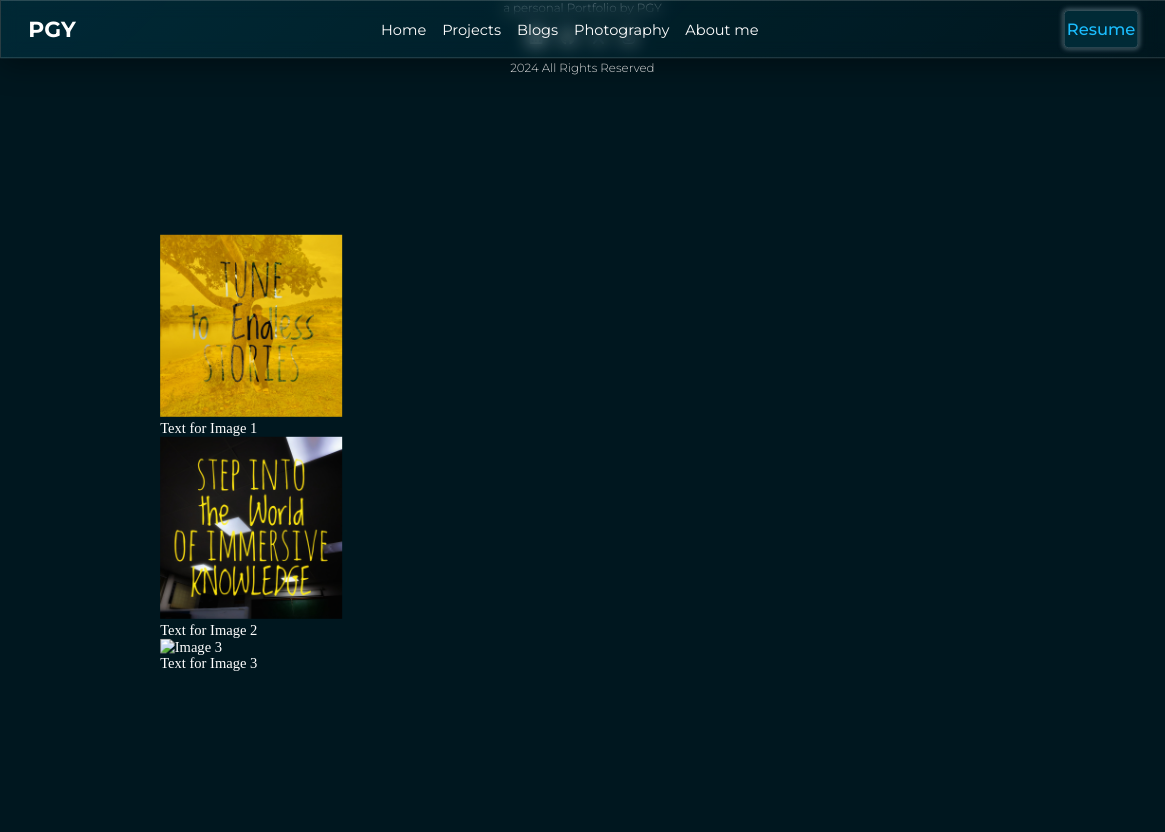
Repository: pgyunknown/pgyunknown
Page: photography.html
The author's editor kept a copy of each file at every save. The page is drawn from the files as they stood at one save, then again after the next save.
The browser window is 1280 px wide. The pictures show the whole page, at 91% of full size.
Some web libraries are served in a nearby version.

Above is the page before, as saved 2024-08-22 10:53:57.

### photography.html
<!DOCTYPE html>
<html lang="en">
<head>
    <meta charset="UTF-8">
    <meta name="viewport" content="width=device-width, initial-scale=1.0">
    <title>Personal portfolio</title>
    <link rel="stylesheet" href="photography.css">
    <link rel="preconnect" href="https://fonts.googleapis.com">
<link rel="preconnect" href="https://fonts.gstatic.com" crossorigin>
<link href="https://fonts.googleapis.com/css2?family=Libre+Baskerville:ital,wght@0,400;0,700;1,400&family=Montserrat:ital,wght@0,100..900;1,100..900&family=Titillium+Web:ital,wght@0,200;0,300;0,400;0,600;0,700;0,900;1,200;1,300;1,400;1,600;1,700&display=swap" rel="stylesheet">
<link rel="stylesheet" href="https://cdnjs.cloudflare.com/ajax/libs/font-awesome/6.6.0/css/all.min.css" integrity="sha512-Kc323vGBEqzTmouAECnVceyQqyqdsSiqLQISBL29aUW4U/M7pSPA/gEUZQqv1cwx4OnYxTxve5UMg5GT6L4JJg==" crossorigin="anonymous" referrerpolicy="no-referrer" />
</head>
<body>

    <header>
        <div class="pgy_con">
                <div class="pgy"><a href="#">PGY</a></div>
        </div>
        <nav>
                <div class="nav_bar">
                <a href="#" id="home">Home</a>
                <a href="#"id="projects">Projects</a>
                <a href="blog.html"id="blogs">Blogs</a>
                <a href="#"id="photo">Photography</a>
                <a href="#"id="About">About me</a>
                </div>
            </nav>
        <div class="resume_con">
                <button onclick="alert('Resume yet to be uploaded')">Resume</button>
        </div>
    </header>
<footer>
        <div class="footer_port">a personal Portfolio by PGY</div>
        <div class="footer_icons">
            <a href="https://www.linkedin.com/in/p-gokul-yadav-82548a295?utm_source=share&utm_campaign=share_via&utm_content=profile&utm_medium=android_app" alt="Gokul's linkedin profile" target="_blank"><i class="fa-brands fa-linkedin"></i></a>
            <a href="https://github.com/pgyunknown" alt="Gokul Github profile" target="_blank" alt="Gokul's Github profile" ><i class="fa-brands fa-github"></i></a>
            <a href=" https://x.com/cody_hunk?t=EkARfGCWhhBT_BHbby4DGw&s=08 " target="_blank" alt="Gokul's X profile" ><i class="fa-brands fa-x" ></i></a>
            <a href="#" target="_blank" alt="Gokul's fa-instagram profile" ><i class="fa-brands fa-instagram" ></i></a>
        </div>
        <div class="copyrights">2024 All Rights Reserved</div>
    </footer>

<main>
      <div class="Box">
        <div class="container">
            <img src="imgs/personal.jpg" alt="Image 1">
            <div class="overlay">Text for Image 1</div>
        </div>
        <div class="container">
            <img src="imgs/professional.jpg" alt="Image 2">
            <div class="overlay">Text for Image 2</div>
        </div>
        <div class="container">
            <img src="" alt="Image 3">
            <div class="overlay">Text for Image 3</div>
        </div>
    </div>

</div>
</main>

</body>
</html>

### photography.css
*{margin: 0px;
    padding: 0px;
}
body{
    background-color: #00171F;
    color: white;
    box-sizing: border-box;


}
a{
    text-decoration: none;
    color: inherit;
}

header{
    display: flex;
    justify-content: space-between;
    align-items: center;
    padding: 10px;
    /* Glassy effect */
    background: linear-gradient(135deg, rgba(0, 200, 255, 0.1), rgba(255, 255, 255, 0));
    backdrop-filter: blur(10px);
    -webkit-backdrop-filter: blur(10px);
    border:1px solid rgba(255, 255, 255, 0.18);
    box-shadow: 0 8px 32px 0 rgba(0, 0, 0, 0.37);

    overflow: hidden;
    position: fixed; /* Set the navbar to fixed position */
    top: 0; /* Position the navbar at the top of the page */
    width: 100%;
}

.pgy_con
{
    margin-left: 20px;
    font-family: "Montserrat", sans-serif;
    font-optical-sizing: auto;
    font-size: x-large;
    font-weight: 700;
    font-style: normal;
    align-items: end;

}

.pgy_con .pgy a{
    text-decoration: none;
}
.nav_bar {
        /* height: 50px; */
    width: 500px;
    display: flex;
    justify-content: space-evenly;

    transition-property: all;
    transition-timing-function: ease-in-out;
    transition-delay: 1s;


}

.nav_bar a{
    box-sizing: border-box;
    font-family: "Montserrat", sans-serif;
    font-optical-sizing: auto;
    font-weight: 400;
    font-style: normal
    text-decoration: none;
    justify-content: space-around;
    align-items: center;
    padding-top:10px;
    padding-bottom :10px;
    /* padding-right:10px ;
    padding-left:10px ; */
}

.nav_bar a:hover{
    color: #FFC107;
    text-shadow: #FFC107 0px 0px  1px;
    border-bottom: 0.5px solid #FFC107;


}


.resume_con {
    display: flex;
    justify-content: center;
    margin-right: 20px;
    background-color: #00171F;
    margin-right: 40px;
}
.resume_con button{
    background-color:rgba(0, 200, 255, 0.1);
    box-sizing: content-box;
    height: 2.5rem;
    width: 5rem;
    font-family: "Montserrat", sans-serif;
    font-optical-sizing: auto;
    font-size: large;
    font-weight: 500;
    font-style: normal;
    color: #1ABEFF;
    border: 0.0001px solid #3c555f;
    border-radius: 0.3rem;
    box-shadow: 0px 0px 5px 2px #3c555f;

}

main .box{
    background-color: white;
}



footer{
    display: flex;
    flex-direction:column;
    justify-content: space-evenly;
    align-items: center;
    margin-bottom: 20px;

    font-family: "Montserrat", sans-serif;
    font-optical-sizing: auto;
    font-size: small;
    font-weight: 300;
    font-style: normal;
}

.footer_icons{
    display: flex;
    justify-content: center;
    align-items: center;
    width: 50px;
    height: 50px;
}



.copyrights{
    display: flex;
    justify-content: center;
    align-items: center;
}

.footer_icons a{
font-size: medium;
padding: 10px;
width: 50px;
height: 50px;
display: flex;
justify-content: center;
align-items: center;

}

@media (min-width:720px) {
    main {
        flex-direction: row;
        padding: 1rem;
        margin: 10rem;
    }

    .container img {
        height: 200px;
        width: 200px;
    }

    .text_intro {
        margin-left: 50px;
    }

    .nav_bar {
        width: 450px;
    }
}

After the next save:
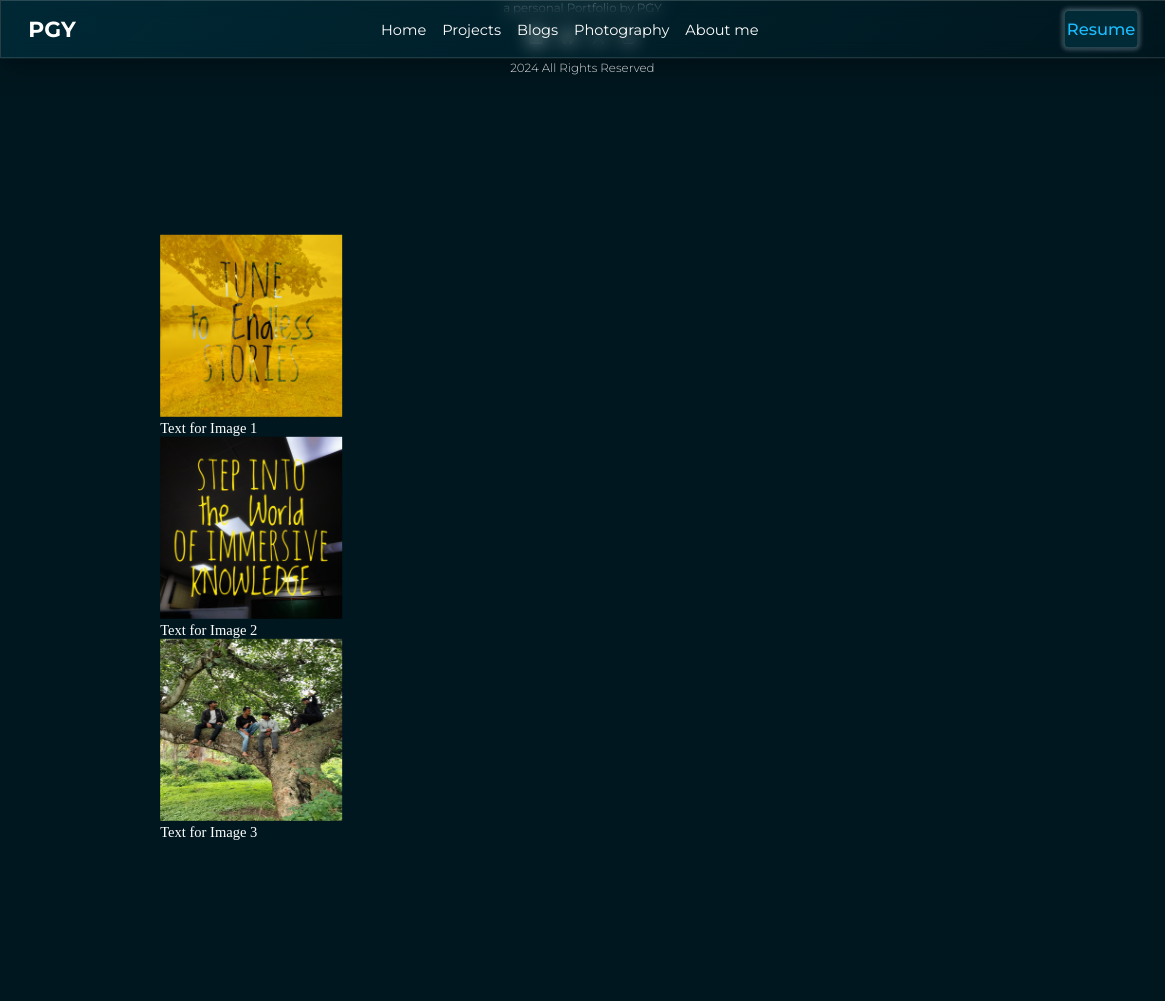
Saved 8 s later.
--- a/photography.html
+++ b/photography.html
@@ -51,7 +51,7 @@
             <div class="overlay">Text for Image 2</div>
         </div>
         <div class="container">
-            <img src="" alt="Image 3">
+            <img src="imgs/WhatsApp Image 2024-08-16 at 18.34.26_5f8bc427.jpg" alt="Image 3">
             <div class="overlay">Text for Image 3</div>
         </div>
     </div>
